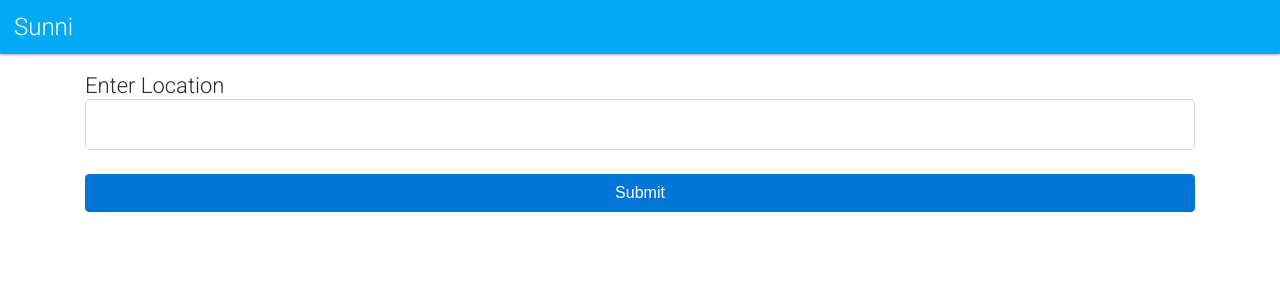
Repository: Oakga/Weather_app
Page: index.html
An editor plug-in stored every save of this project. The page is shown before and after the next save, followed by the edit.
The browser window is 1280 px wide. The pictures show the whole page.

Above is the page before, as saved 2017-09-21 23:50:16.

### index.html
<!DOCTYPE html>
<html>
<head>
    <meta charset="utf-8">
    <link rel="stylesheet" href="https://maxcdn.bootstrapcdn.com/bootstrap/4.0.0-alpha.6/css/bootstrap.min.css" integrity="sha384-rwoIResjU2yc3z8GV/NPeZWAv56rSmLldC3R/AZzGRnGxQQKnKkoFVhFQhNUwEyJ" crossorigin="anonymous">
    <link href='http://fonts.googleapis.com/css?family=Roboto:400,300,700' rel='stylesheet' type='text/css'>
    <link href="css/styles.css" rel="stylesheet" type="text/css">
    <script src="https://unpkg.com/axios/dist/axios.min.js"></script>
</head>
<body>
    <header>
        <h1>Sunni</h1>
    </header>
    <div class="container">
        <h2>Enter Location</h2>
        <form id="location-form">
            <input type="text" id="location-input" class="form-control form-control-lg "/>
            <br>
            <button type="submit" class="btn btn-primary btn-block">Submit</button>
          </form>
        <div id="formatted-address"></div>
        <div id="address-components"></div>
        <div id="geometry-component"></div>
    </div>
    <script src="js/main.js"></script>
</body>
</html>

### css/styles.css
body {
    font-family: 'Roboto', 'Sans Serif';
    font-size: 16px;
    padding: 0;
    margin: 0;
}

header {
    background-color: #03A9F4;
    padding: 14px;
    box-shadow: 0 1px 3px rgba(0,0,0,0.12), 0 1px 2px rgba(0,0,0,0.24);
}

h1, h2, h3 {
    font-weight: 300;
}

header > h1 {
    font-weight: 300;
    font-size: 24px;
    margin: 0;
    color: #FFFFFF;
}

h2 {
    font-size: 22px;
    margin: 20px 0 0 0;
}

h2 > .currency {
    color: #0288D1;
}

h3 {
    margin: 10px 0 28px 0;
}

h3 > span {
    color: #0288D1;
}

### js/main.js
let geoCode = (location) => {
    axios.get('https://maps.googleapis.com/maps/api/geocode/json',{
    params:{
        address: location,
        key: 'AIzaSyAkYBjwd7ygcP8GpAz47QsP3s3vaweLAE0'
    }
}).then(function(response){
    console.log(response);
    const formattedAddr = response.data.results[0].formatted_address;
    const formattedAddrOutput = `
    <ul class="list-group">
    <li class="list-group-item">
    ${formattedAddr}
    </li>
    </ul>
    `;
    let addressComponents = response.data.results[0].address_components;
    let lat = response.data.results[0].geometry.location.lat;
    let lng = response.data.results[0].geometry.location.lng;


    let geometryOutput = `
    <ul class="list-group">
    <li class="list-group-item">
    <strong>
    Latitude
    </strong>: ${lat}
    </li>
    <li class="list-group-item">
    <strong>
    Longitude
    </strong>: ${lng}
    </li>
    </ul>
    `;
    document.getElementById('formatted-address').innerHTML = formattedAddrOutput;
    document.getElementById('geometry-component').innerHTML = geometryOutput;


})
.catch(function(error){
    const formattedAddrOutput = `
    <ul class="list-group">
    <li class="list-group-item">
    Unknown location
    </li>
    </ul>
    `;
    document.getElementById('formatted-address').innerHTML = formattedAddrOutput;
})
};

document.getElementById('location-form').addEventListener('submit', function (e){
    e.preventDefault();
    let location = document.getElementById('location-input').value;
    geoCode(location);
});

After the next save:
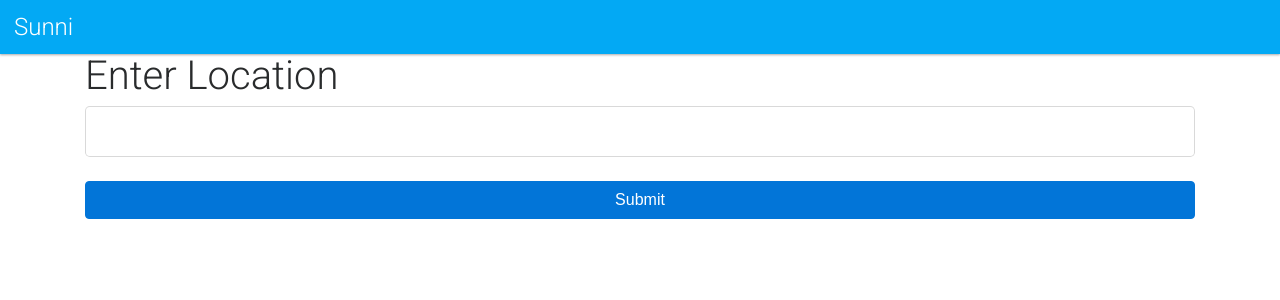
Saved 29 s later.
--- a/index.html
+++ b/index.html
@@ -12,7 +12,7 @@
         <h1>Sunni</h1>
     </header>
     <div class="container">
-        <h2>Enter Location</h2>
+        <h1>Enter Location</h1>
         <form id="location-form">
             <input type="text" id="location-input" class="form-control form-control-lg "/>
             <br>

After the save that followed:
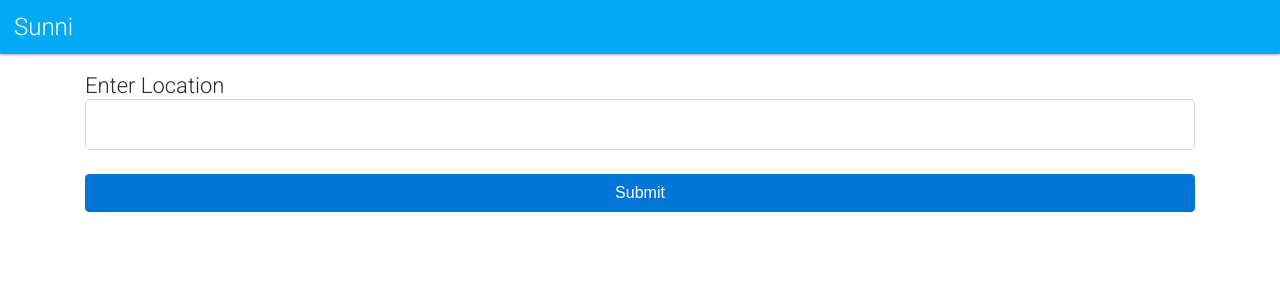
Saved 7 s later.
--- a/index.html
+++ b/index.html
@@ -12,7 +12,7 @@
         <h1>Sunni</h1>
     </header>
     <div class="container">
-        <h1>Enter Location</h1>
+        <h2>Enter Location</h2>
         <form id="location-form">
             <input type="text" id="location-input" class="form-control form-control-lg "/>
             <br>
